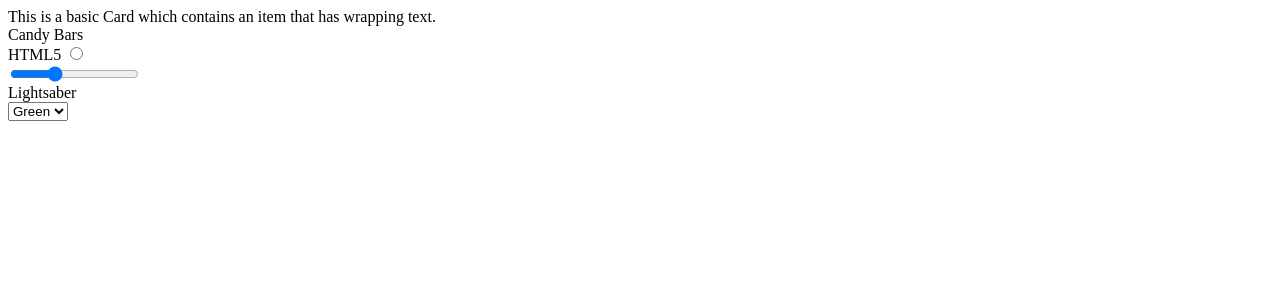
Repository: geof379/phoenix
Page: www/templates/setting.html
The author's editor kept a copy of each file at every save. The page is drawn from the files as they stood at one save, then again after a run of saves.
The browser window is 1280 px wide. The pictures show the whole page.

Above is the page before, as saved 2017-04-17 15:51:37.

After the next 2 saves:
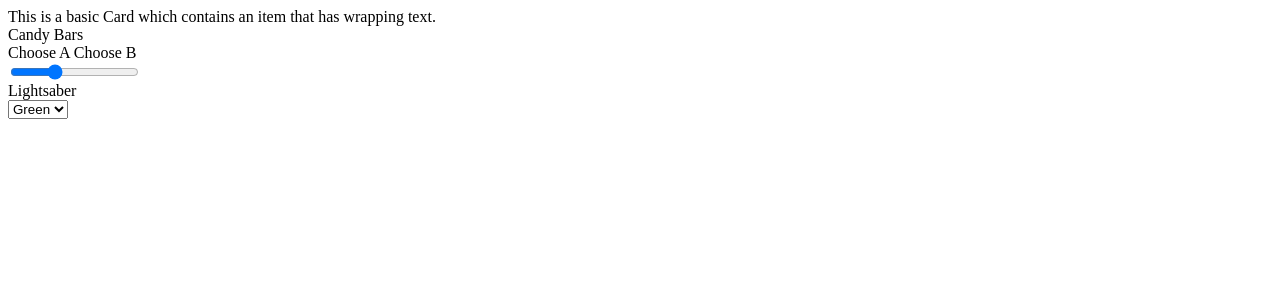
The 2 saves are shown as one change because they came seconds apart.
The last was saved 2 min 35 s later.
--- a/www/templates/setting.html
+++ b/www/templates/setting.html
@@ -10,15 +10,10 @@
         <div class="list">
 
             <div class="item item-divider"> Candy Bars </div>
-            <div class="item item-toggle">
-                HTML5
-                <label class="toggle">
-                    <input type="radio">
-                    <div class="track">
-                        <div class="handle"></div>
-                    </div>
-                </label>
-            </div>
+            <ion-list>
+                <ion-radio ng-model="choice" ng-value="'A'">Choose A</ion-radio>
+                <ion-radio ng-model="choice" ng-value="'B'">Choose B</ion-radio>
+            </ion-list>
             <div class="item range">
                 <i class="icon ion-ios-sunny-outline"></i>
                 <input type="range" name="volume" min="0" max="100" value="33">
